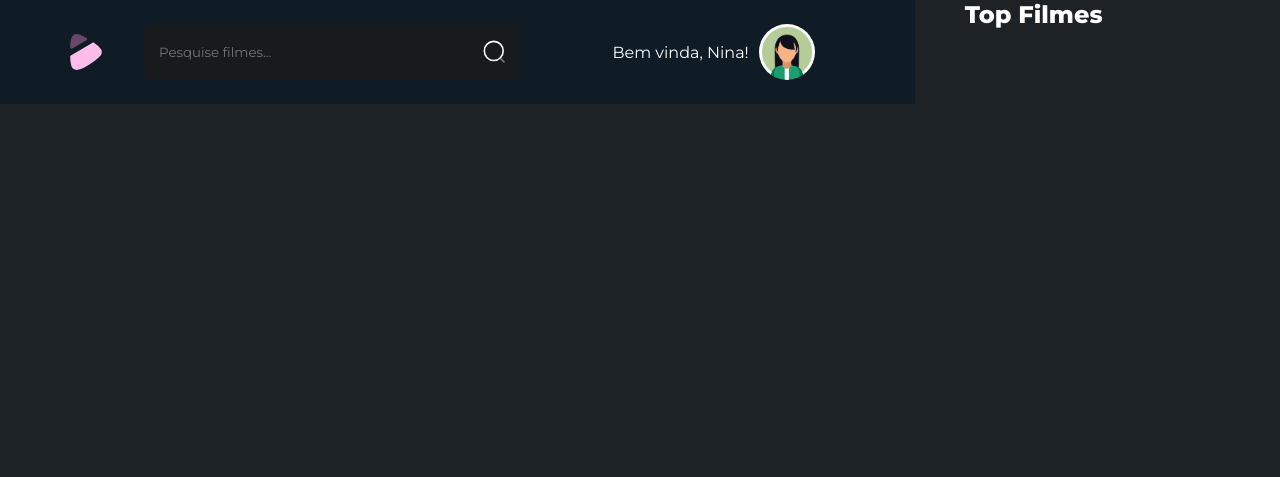
Repository: MilenaMelo/Cubos-Flix
Page: / (app in cubos-flix/)
These files come from the project's save history. The page is drawn as it stood at one moment and after the next save; the edit follows.
The browser window is 1280 px wide. The pictures show the whole page.
The project was rebuilt for these pictures with package versions that can differ from the ones it lists, and the page was loaded fresh each time.

Above is the page before, as saved 2021-06-19 14:37:12.

### cubos-flix/public/index.html
<!DOCTYPE html>
<html lang="en">
  <head>
    <meta charset="utf-8" />
    <link rel="icon" href="%PUBLIC_URL%/favicon.ico" />
    <meta name="viewport" content="width=device-width, initial-scale=1" />
    <meta name="theme-color" content="#000000" />
    <meta
      name="description"
      content="Web site created using create-react-app"
    />
    <link rel="apple-touch-icon" href="%PUBLIC_URL%/logo192.png" />
    <link rel="manifest" href="%PUBLIC_URL%/manifest.json" />
    <title>Cubos Flix</title>
  </head>
  <body>
    <noscript>You need to enable JavaScript to run this app.</noscript>
    <div id="root"></div>

  </body>
</html>

### cubos-flix/src/App.js
import './App.css';
import Navbar from './components/Navbar';

function App() {
  return (
    <div className="app">
      <header className="header">
        <Navbar/>
      </header>
      <section className="content">
        <h1>Top Filmes</h1>

      </section>
      <section className="side-content">

      </section>
    </div>
  );
}

export default App;

### cubos-flix/src/App.css
@import url('https://fonts.googleapis.com/css2?family=Montserrat:wght@400;600;800&display=swap');

/* ----------- SCREEN ----------- */
* {
    margin: 0px;
    font-family: 'Montserrat', sans-serif;
    color: #FFFFFF;
}

/* ----------- APPLICATION ----------- */

.app {
    background-color: #1D2226;
    min-height: 100vh;
    display: grid;
    grid-template-areas: 'header header'
                         'content side-content';
    grid-gap: 24px 50px;
    gap: 24px 50px;
}

### cubos-flix/src/components/Navbar/index.js
import './style.css'
import logo from '../../assets/images/logo.svg'
import search_icon from '../../assets/images/search-icon.svg'
import profile_img from '../../assets/images/profile.jpg'


function Navbar() {
    return (
        <header className='navbar'>
            <img className='logo' src={logo} alt="logo"/>
            <div className='search-container'>
                <input className='search-input' type="text" name="Pesquisa" placeholder="Pesquise filmes..."/>
                <img className='search-img' src={search_icon} alt="Input de pesquisa"/>
            </div>
            <div className='profile-container'>
                <span>Bem vinda, Nina!</span>
                <img className='profile-img' src={profile_img} alt="Foto de perfil"/>
            </div>
        </header>
    );
}

export default Navbar;

### cubos-flix/src/components/Navbar/style.css
/* ----------- NAVBAR ----------- */

.navbar {
    display: flex;
    padding: 24px 100px 24px 70px;
    background: #0F1C26;
}

/* ----------- LOGO ----------- */

.logo {
    margin-right: 42px;
}

/* ----------- SEARCH ----------- */

.search-container {
    display: flex;
    flex-grow: 1;
    position: relative;
    margin-right: 92px;
}

.search-input {
    width: 100%;
    outline: 0;
    padding: 16px 14px;
    border-radius: 10px;
    border: 1px solid transparent;
    background: #171B1E;
}

.search-input:hover {
    border: 1px solid #8C8C8C;
}

.search-input:focus {
    border: 1px solid #FDFDFD;
}

.search-img {
    height: 24px;
    cursor: pointer;
    align-self: center;
    position: absolute;
    right: 15px;
}

/* ----------- PROFILE ----------- */

.profile-container {
    display: flex;
    align-items: center;
    gap: 10px;
}

.profile-img {
    height: 56px;
    border-radius: 50%;
}

Loaded but not shown: cubos-flix/src/index.js (common file)

After the next save:
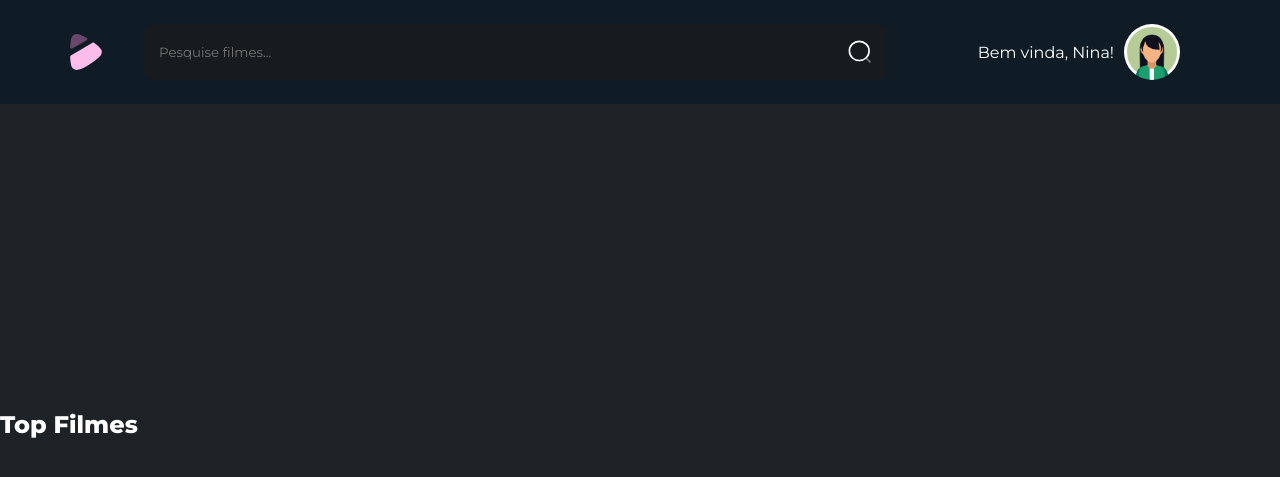
Saved 115 s later.
--- a/cubos-flix/src/App.css
+++ b/cubos-flix/src/App.css
@@ -18,3 +18,7 @@
     grid-gap: 24px 50px;
     gap: 24px 50px;
 }
+
+.header {
+    grid-area: header;
+}
